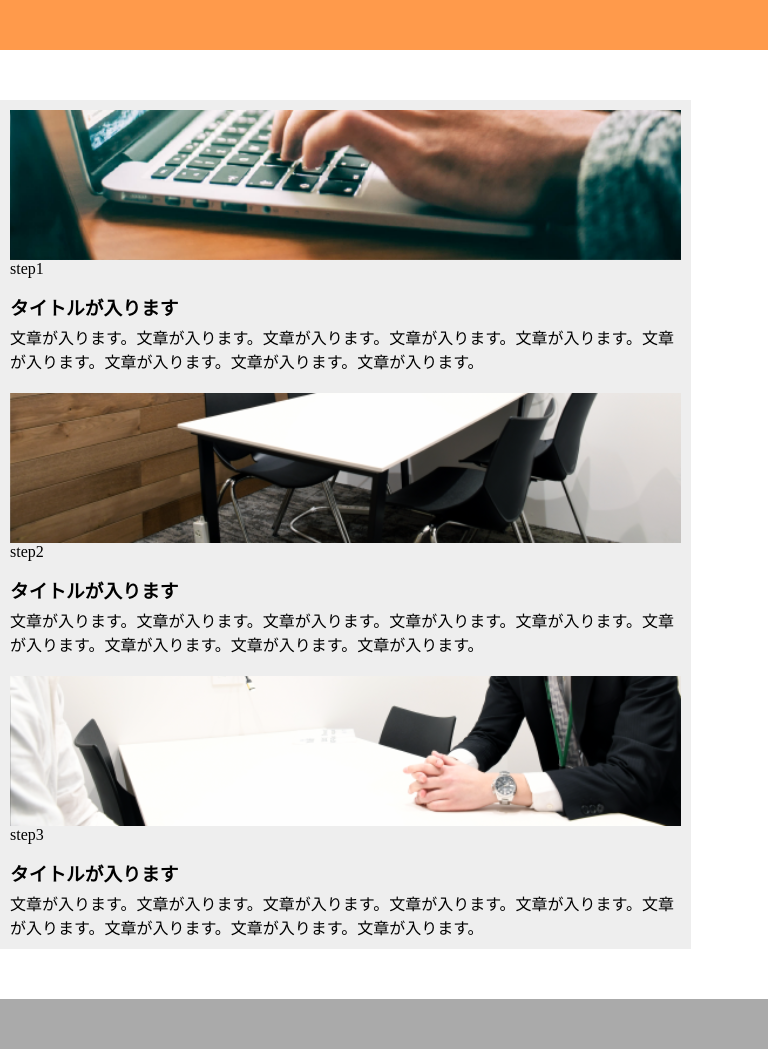
Repository: itoudaiki/git-practice
Page: k-10/k-10.html
The author's editor kept a record of every edit. The page is drawn from the files as they stood at one moment, then again after the next edit.
The browser window is 768 px wide. The pictures show the whole page.

Above is the page before.

After the next edit:
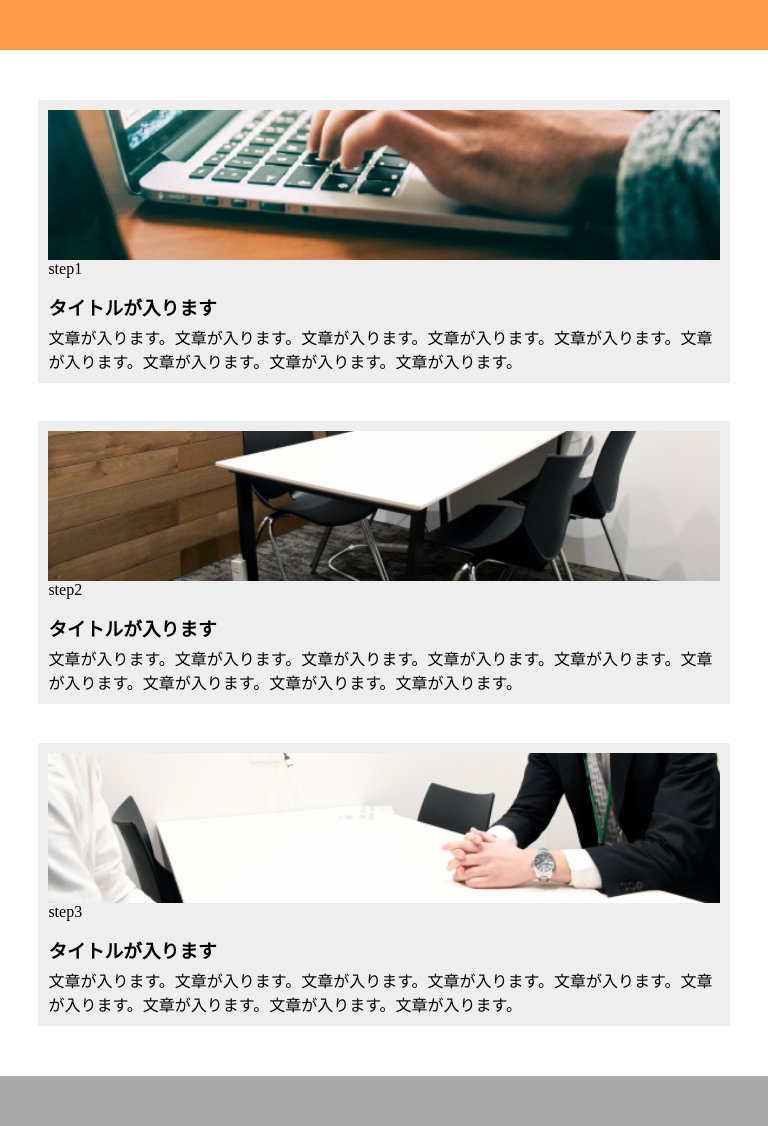
The edit:
--- a/k-10/k-10.css
+++ b/k-10/k-10.css
@@ -75,7 +75,7 @@
   }
   .step-box{
     width:90%;
-    margin:0;
+    margin:5%;
   }
   .step-img1 {
     width:100%;
